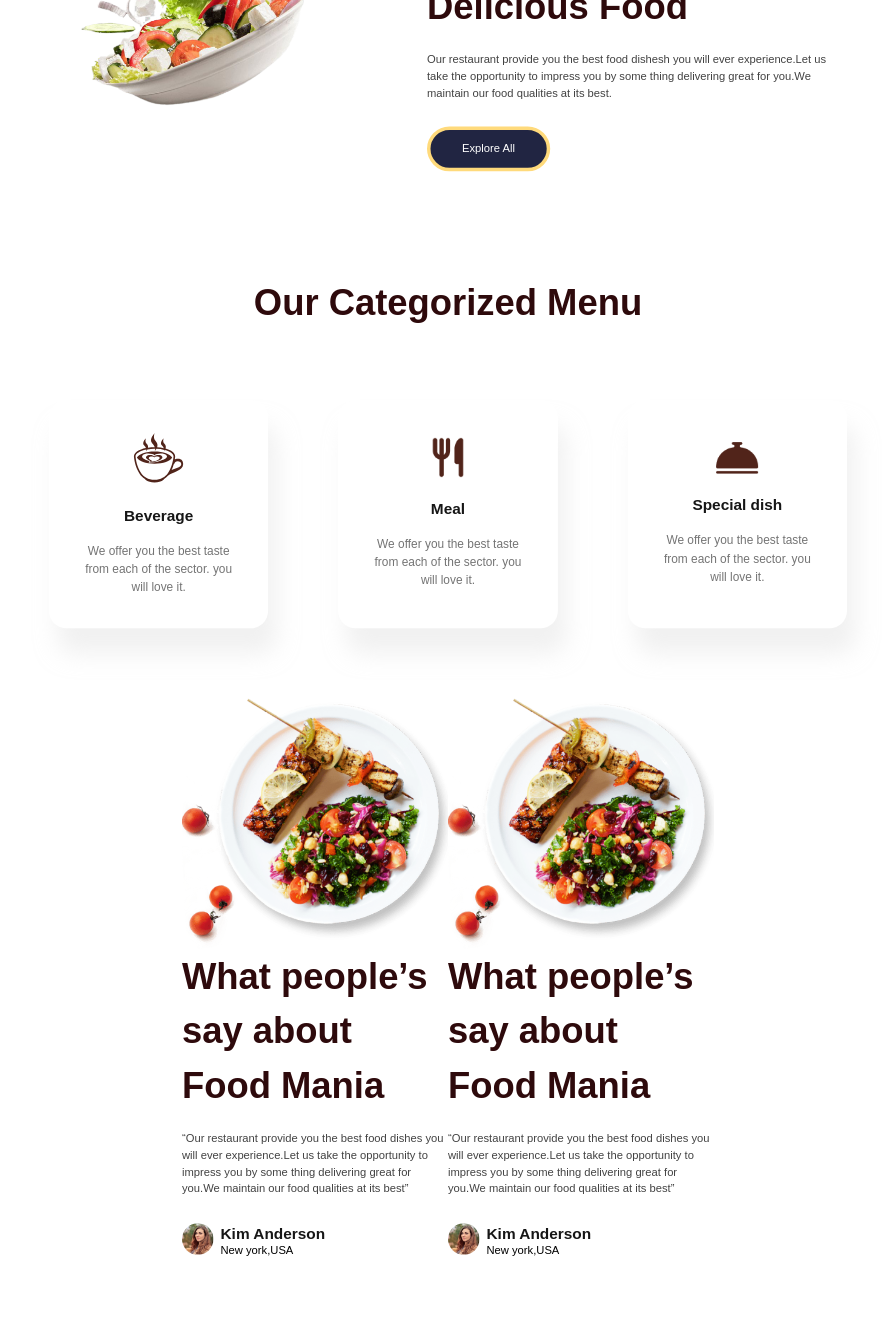
Repository: hoang0508/Figmafood
Page: index.html
These files come from the project's save history. The page is drawn as it stood at one moment and after the next save; the edit follows.
The browser window is 1280 px wide. The pictures show the part of the page from y = 991 to 2911 px (the page is 2911 px tall before and 2903 px after), at 70% of full size.
Some web libraries are served in a nearby version. The style sheet was rebuilt from its Sass, Less or Tailwind sources for each picture, by a compiler version that may differ from the author's.

Above is the page before, as saved 2021-11-08 14:27:22.

### index.html
<!DOCTYPE html>
<html lang="en">
  <head>
    <meta charset="UTF-8" />
    <meta http-equiv="X-UA-Compatible" content="IE=edge" />
    <meta name="viewport" content="width=device-width, initial-scale=1.0" />
    <title>LandingPage Food</title>
    <link
      rel="stylesheet"
      href="https://cdnjs.cloudflare.com/ajax/libs/font-awesome/4.7.0/css/font-awesome.min.css"
      integrity="sha512-SfTiTlX6kk+qitfevl/7LibUOeJWlt9rbyDn92a1DqWOw9vWG2MFoays0sgObmWazO5BQPiFucnnEAjpAB+/Sw=="
      crossorigin="anonymous"
      referrerpolicy="no-referrer"
    />
    <link rel="preconnect" href="https://fonts.googleapis.com" />
    <link rel="preconnect" href="https://fonts.gstatic.com" crossorigin />
    <link
      href="https://fonts.googleapis.com/css2?family=Poppins:wght@300;400;500;600;700&display=swap"
      rel="stylesheet"
    />
    <link
      rel="stylesheet"
      type="text/css"
      href="https://cdn.jsdelivr.net/npm/slick-carousel@1.8.1/slick/slick.css"
    />
    <link rel="stylesheet" href="./css/app.css" />
  </head>
  <body>
    <div class="wrapper">
      <header class="header">
        <div class="container">
          <div class="header-container d-flex--between">
            <div class="header-logo d-flex--center">
              <img src="./images/logo.png" alt="" />
              <img src="./images/FOOD MANIA.svg" alt="" />
            </div>
            <ul class="header-list d-flex--center">
              <li class="header-item">
                <a href="#" class="header-link">Home</a>
              </li>
              <li class="header-item">
                <a href="#" class="header-link">About us</a>
              </li>
              <li class="header-item">
                <a href="#" class="header-link">Contact us</a>
              </li>
            </ul>
            <div class="header-icon d-flex--center">
              <a href="#" class="icon-link">
                <img src="./images/icon-search.png" alt="" />
              </a>
              <a href="#" class="icon-link">
                <img src="./images/icon-cart.png" alt="" />
              </a>
              <a href="#" class="icon-link">
                <img src="./images/icon-bars.png" alt="" />
              </a>
            </div>
            <button class="button button--primary">Book now</button>
          </div>
        </div>
      </header>
      <main>
        <section class="hero">
          <div class="container">
            <div class="hero-container d-flex--between">
              <div class="hero-content">
                <h3 class="hero-title">
                  Taste the <span>best Delicious</span> dishes.
                </h3>
                <button class="button button--primary button--secondary">
                  Explore Menu
                </button>
                <div class="hero-social d-flex--center">
                  <a href="#" class="social-icon">
                    <img src="./images/facebook.png" alt="" />
                  </a>
                  <a href="#" class="social-icon">
                    <img src="./images/instagram.png" alt="" />
                  </a>
                  <a href="#" class="social-icon">
                    <img src="./images/twitter.png" alt="" />
                  </a>
                </div>
              </div>
              <div class="hero-image">
                <div class="hero-image--big">
                  <img
                    src="./images/kisspng-hamburger-street-food-seafood-fast-food-delicious-food-5a75083cceaf41 1.png"
                    alt=""
                  />
                </div>
                <div class="hero-image--small-top">
                  <img src="./images/dlf 1.png" alt="" />
                </div>
                <div class="hero-image--small-bottom">
                  <img
                    src="./images/Pad-Thai_1-removebg-preview 1.png"
                    alt=""
                  />
                </div>
              </div>
            </div>
          </div>
        </section>
        <section class="about">
          <div class="container">
            <div class="about-container d-flex--between">
              <div class="about-image">
                <img
                  src="./images/imgbin-greek-salad-recipe-vegetarian-cuisine-everyday-super-food-salad-plate-gEMC3ig2LzciXACd5pm3EKWBe-removebg-preview 1.png"
                  alt=""
                />
              </div>
              <div class="about-content">
                <h3 class="heading-title">Fresh,Healthy & Delicious Food</h3>
                <p class="text-desc">
                  Our restaurant provide you the best food dishesh you will ever
                  experience.Let us take the opportunity to impress you by some
                  thing delivering great for you.We maintain our food qualities
                  at its best.
                </p>
                <button class="button button--primary button--secondary">
                  Explore All
                </button>
              </div>
            </div>
          </div>
        </section>
        <section class="menu">
          <div class="container">
            <div class="menu-container">
              <h3 class="heading-title menu-heading">Our Categorized Menu</h3>
              <div class="menu-list">
                <div class="menu-item">
                  <div class="menu-image">
                    <img
                      src="./images/emojione-monotone_hot-beverage.svg"
                      alt=""
                    />
                  </div>
                  <h3 class="menu-title heading-title--small">Beverage</h3>
                  <p class="menu-desc">
                    We offer you the best taste from each of the sector. you
                    will love it.
                  </p>
                </div>
                <div class="menu-item">
                  <div class="menu-image">
                    <img src="./images/Vector.png" alt="" />
                  </div>
                  <h3 class="menu-title heading-title--small">Meal</h3>
                  <p class="menu-desc">
                    We offer you the best taste from each of the sector. you
                    will love it.
                  </p>
                </div>
                <div class="menu-item">
                  <div class="menu-image">
                    <img src="./images/Vector (1).png" alt="" />
                  </div>
                  <h3 class="menu-title heading-title--small">Special dish</h3>
                  <p class="menu-desc">
                    We offer you the best taste from each of the sector. you
                    will love it.
                  </p>
                </div>
              </div>
            </div>
          </div>
        </section>
        <section class="category">
          <div class="container">
            <div class="category-container">
              <div class="category-item d-flex--center">
                <div class="category-image">
                  <img src="./images/df2.png" alt="" />
                </div>
                <div class="category-content">
                  <h3 class="heading-title category-title">
                    What people’s say about Food Mania
                  </h3>
                  <p class="text-desc">
                    “Our restaurant provide you the best food dishes you will
                    ever experience.Let us take the opportunity to impress you
                    by some thing delivering great for you.We maintain our food
                    qualities at its best”
                  </p>
                  <div class="category-author d-flex--center">
                    <div class="category-author--image">
                      <img src="./images/pexels-photo-733872 1.png" alt="" />
                    </div>
                    <div class="category-info">
                      <h4 class="category-name heading-title--small">
                        Kim Anderson
                      </h4>
                      <p class="category-address">New york,USA</p>
                    </div>
                  </div>
                </div>
              </div>
              <div class="category-item d-flex--center">
                <div class="category-image">
                  <img src="./images/df2.png" alt="" />
                </div>
                <div class="category-content">
                  <h3 class="heading-title category-title">
                    What people’s say about Food Mania
                  </h3>
                  <p class="text-desc">
                    “Our restaurant provide you the best food dishes you will
                    ever experience.Let us take the opportunity to impress you
                    by some thing delivering great for you.We maintain our food
                    qualities at its best”
                  </p>
                  <div class="category-author d-flex--center">
                    <div class="category-author--image">
                      <img src="./images/pexels-photo-733872 1.png" alt="" />
                    </div>
                    <div class="category-info">
                      <h4 class="category-name heading-title--small">
                        Kim Anderson
                      </h4>
                      <p class="category-address">New york,USA</p>
                    </div>
                  </div>
                </div>
              </div>
            </div>
          </div>
        </section>
      </main>
    </div>

    <script
      type="text/javascript"
      src="https://code.jquery.com/jquery-1.11.0.min.js"
    ></script>
    <script
      type="text/javascript"
      src="https://code.jquery.com/jquery-migrate-1.2.1.min.js"
    ></script>
    <script
      type="text/javascript"
      src="https://cdn.jsdelivr.net/npm/slick-carousel@1.8.1/slick/slick.min.js"
    ></script>
    <script src="./script/app.js"></script>
  </body>
</html>

### script/app.js
$(".category-container").slick({
  infinite: true,
  slidesToShow: 3,
  slidesToScroll: 3,
});

### sass/app.scss
@import "variable";
@import "reset";
@import "global";
@import "typography";
@import "header";
@import "hero";
@import "about";
@import "menu";
@import "category";

### sass/variable.scss
$primary-color: #212542;
$secondary-color: #2e0a0c;
$border-color: #ffda7b;
$text-color-box: #424242;
$text-color-small: #747474;
$heading-color: #161616;

### sass/reset.scss
html {
  box-sizing: border-box;
}
* {
  margin: 0;
  padding: 0;
}
*,
*:before,
*:after {
  box-sizing: border-box;
}
input,
textarea,
select,
button {
  outline: none;
}
input {
  line-height: normal;
}
label,
button {
  cursor: pointer;
}
a {
  text-decoration: none;
}
img {
  display: block;
  max-width: 100%;
}

ul,
li {
  list-style: none;
}

### sass/global.scss
.wrapper {
  max-width: 1440px;
  margin: 0 auto;
  overflow: hidden;
}

.container {
  max-width: 1170px;
  margin: 0 auto;
  padding: 0 15px;
}

body {
  font-family: "Popins", sans-serif;
  line-height: 1;
  font-size: 16px;
}

body::-webkit-scrollbar {
  width: 7px;
}

body::-webkit-scrollbar-thumb {
  background-color: $primary-color;
  border-radius: 10px;
}

.d-flex--center {
  display: flex;
  align-items: center;
}

.d-flex--between {
  display: flex;
  justify-content: space-between;
  align-items: center;
}

.button {
  display: inline-block;
  color: #fff;
  background-color: $primary-color;
  border: 0;
  &--primary {
    font-size: 16px;
    font-weight: 500;
    line-height: calc(24 / 16);
    padding: 10px 30px;
    background: #212542;
    border: 1.5px solid #ffffff;
    border-radius: 100px;
    display: flex;
    align-items: center;
    justify-content: center;
  }
  &--secondary {
    padding: 15px 45px;
    border-width: 5px;
    border-color: $border-color;
  }
}

### sass/typography.scss
.heading-title {
  font-size: 52px;
  font-weight: 600;
  line-height: calc(87 / 58);
  color: $secondary-color;
}

.text-desc {
  font-size: 16px;
  font-weight: 500;
  line-height: calc(27 / 18);
  padding: 25px 0 35px;
  color: $text-color-box;
}

.heading-title--small {
  font-size: 22px;
  line-height: calc(33 / 22);
  font-weight: 600;
  color: $heading-color;
}

### sass/_header.scss
.header {
  margin-top: 50px;
  margin-bottom: 121px;
  &-logo {
    gap: 10px;
  }
  &-list {
    gap: 0 90px;
    font-size: 18px;
    font-weight: 500;
  }
  &-item {
    position: relative;
  }
  &-link {
    position: relative;
    color: #000000;
  }
  &-link:after {
    content: "";
    position: absolute;
    display: block;
    width: 0;
    height: 3px;
    background-color: $primary-color;
    bottom: -8px;
    border-radius: 5px;
    transition: all 0.3s linear;
  }
  &-link:hover::after {
    width: 100%;
    transition: all 0.3s linear;
  }
  &-icon {
    gap: 0 50px;
  }
}

### sass/_hero.scss
.hero {
  padding-bottom: 120px;
  &-container {
    align-items: stretch;
  }
  &-content {
    max-width: 455px;
    width: 100%;
  }
  &-title {
    font-size: 61px;
    line-height: calc(91 / 61);
    color: $secondary-color;
    font-weight: 600;
    padding-bottom: 25px;
    span {
      display: block;
    }
  }
  &-social {
    padding-top: 50px;
    gap: 0 25px;
    a.social-icon {
      width: 40px;
      height: 40px;
      border: 2px solid $border-color;
      border-radius: 100rem;
      display: flex;
      justify-content: center;
      align-items: center;
    }
  }
  &-image {
    position: relative;
  }
  &-image--big {
    position: relative;
  }
  &-image--small-top {
    position: absolute;
    left: 0;
    top: 50%;
    transform: translateX(50%);
    width: 100px;
  }
  &-image--small-bottom {
    position: absolute;
    bottom: 70px;
    right: 100px;
  }
}

### sass/_about.scss
.about {
  padding-bottom: 135px;
  &-container {
    gap: 170px;
  }
  &-content {
    max-width: 600px;
    width: 100%;
  }
}

### sass/_menu.scss
.menu {
  padding-bottom: 100px;
  &-heading {
    text-align: center;
    padding-bottom: 100px;
  }
  &-list {
    display: grid;
    grid-template-columns: repeat(3, 1fr);
    grid-gap: 0px 100px;
  }
  &-item {
    display: flex;
    align-items: center;
    justify-content: center;
    flex-direction: column;
    background: #ffffff;
    box-shadow: 12px 36px 32px rgba(228, 228, 228, 0.5);
    border-radius: 25px;
    padding: 45px 50px;
  }
  &-image {
    padding-bottom: 28px;
  }
  &-title {
    padding-bottom: 22px;
  }
  &-desc {
    text-align: center;
    font-size: 17px;
    line-height: calc(20 / 13);
    color: $text-color-small;
  }
}

### sass/_category.scss
.category {
  padding-bottom: 125px;
  &-item {
    gap: 50px;
  }
  &-content {
    max-width: 625px;
    width: 100%;
  }
  &-title {
    max-width: 500px;
    width: 100%;
  }
  &-author {
    gap: 10px;
  }
  &-author--image img {
    width: 45px;
    height: 45px;
    border-radius: 100rem;
    object-fit: cover;
  }
}

After the next save:
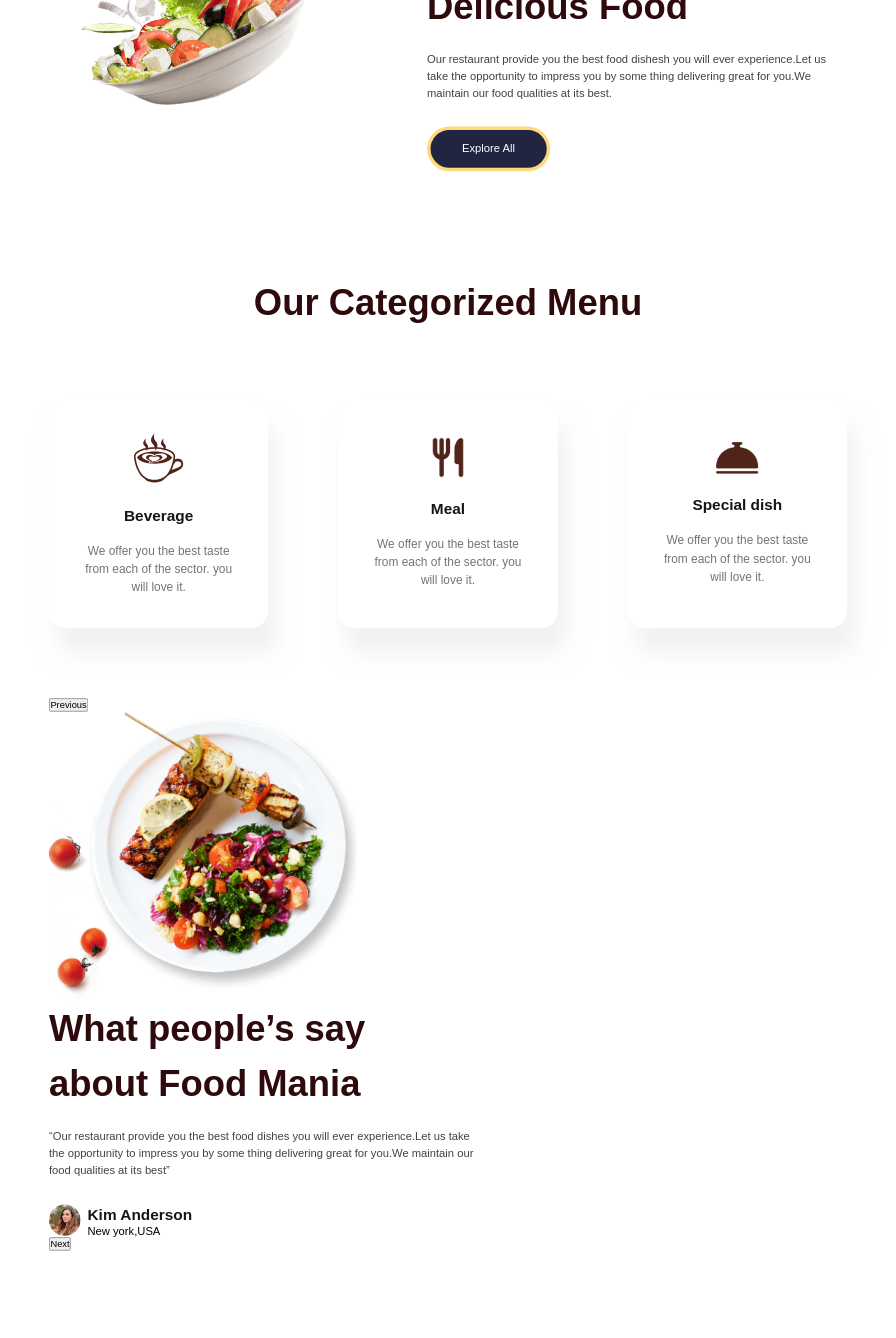
Saved 23 s later.
--- a/script/app.js
+++ b/script/app.js
@@ -1,5 +1,5 @@
 $(".category-container").slick({
   infinite: true,
-  slidesToShow: 3,
+  slidesToShow: 1,
   slidesToScroll: 3,
 });
